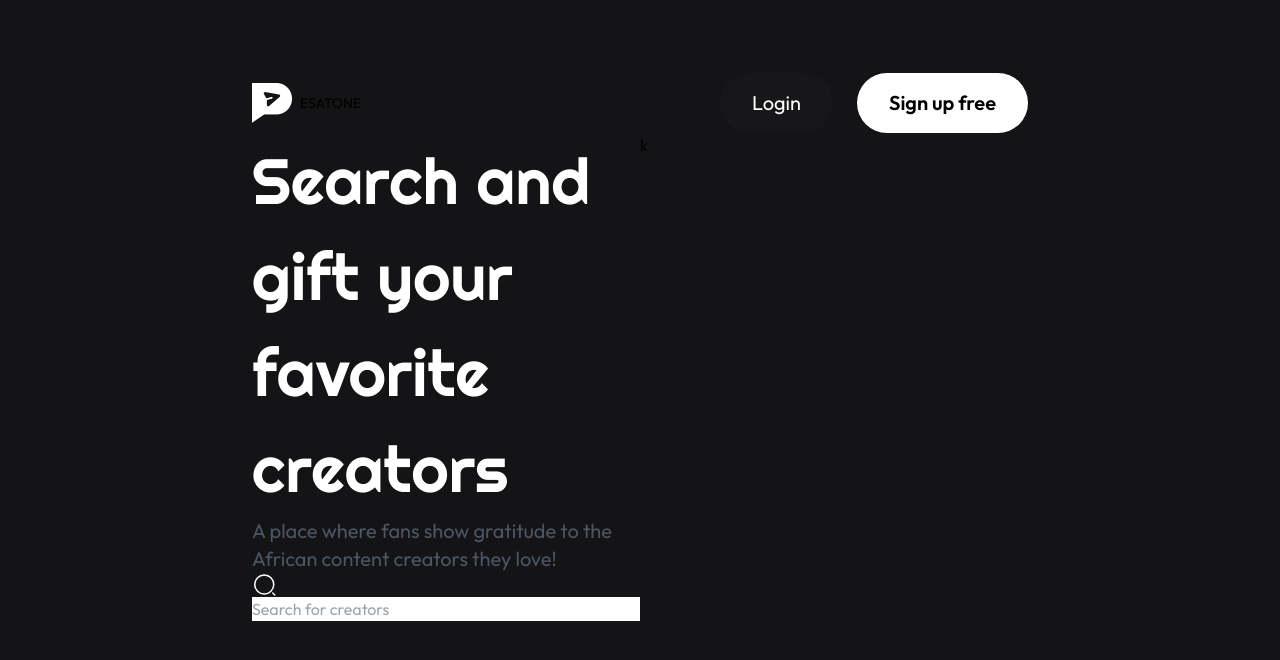
Repository: felixdusengimana/capstone-project-mirror
Page: / (app in frontend/)
An editor plug-in stored every save of this project. The page is shown before and after the next save, followed by the edit.
The browser window is 1280 px wide. The pictures show the whole page.
The project was rebuilt for these pictures with package versions that can differ from the ones it lists, and the page was loaded fresh each time. The framework's server and built-in components were replaced by stand-ins that run in the browser. Also part of the build but not shown: frontend/next.config.mjs.

Above is the page before, as saved 2024-03-11 12:12:03.

After the next save:
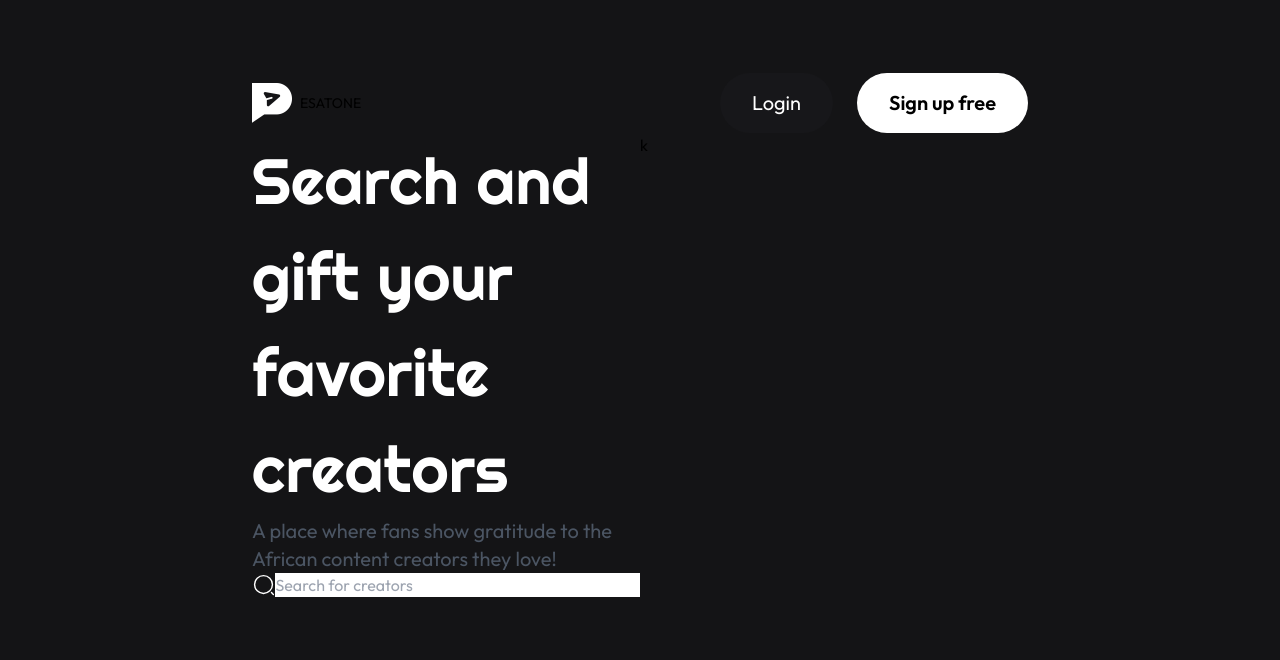
Saved 12 s later.
--- a/frontend/components/molecules/Search.tsx
+++ b/frontend/components/molecules/Search.tsx
@@ -14,7 +14,7 @@ export default function Search({
   ...props
 }: SearchProps) {
   return (
-    <div {...props}>
+    <div {...props} className={`flex `}>
       <Icon name="search" />
       <input
         type="text"
